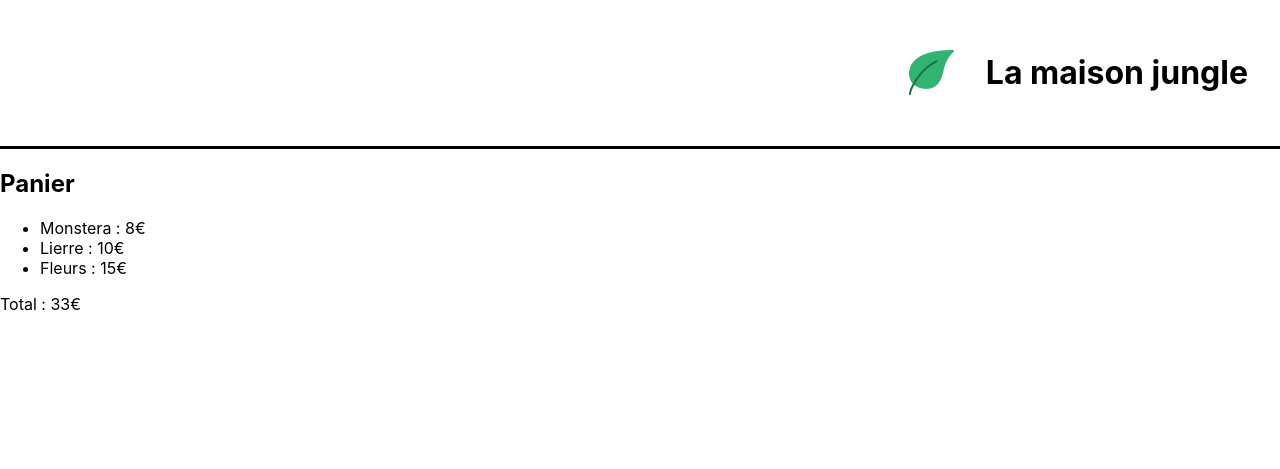
Repository: massndongo/la-maison-junglee
Page: /
The author's editor kept a copy of each file at every save. The page is drawn from the files as they stood at one save, then again after a run of saves.
The browser window is 1280 px wide. The pictures show the whole page.
The project was rebuilt for these pictures with package versions that can differ from the ones it lists, and the page was loaded fresh each time.

Above is the page before, as saved 2023-03-23 16:17:51.

After the next 4 saves:
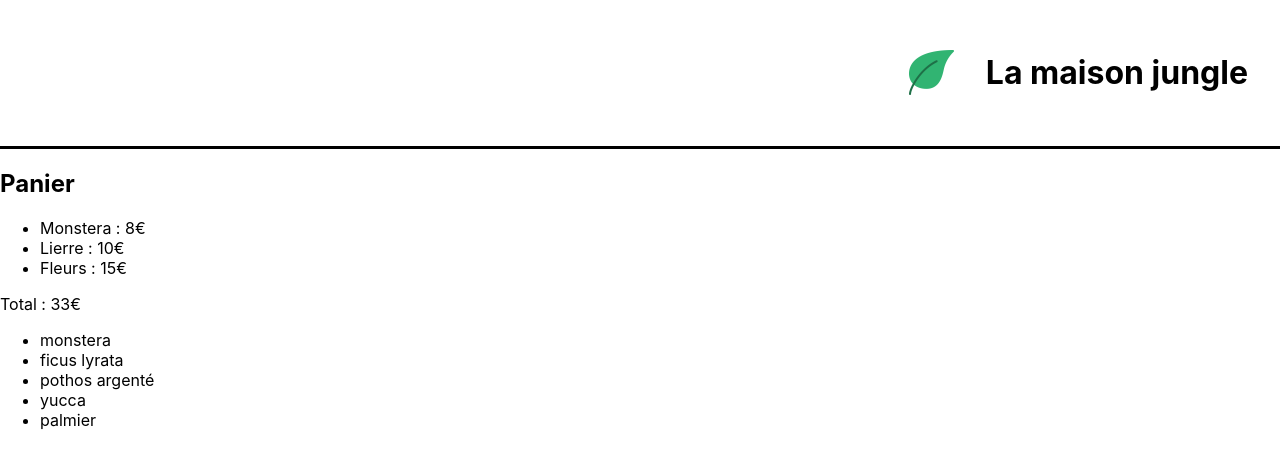
The 4 saves are shown as one change because they came seconds apart.
The last was saved 62 s later.
--- a/src/components/App.js
+++ b/src/components/App.js
@@ -3,7 +3,7 @@ import Cart from './Cart'
 import ShoppingList from './ShoppingList'
 
 function App() {
-    return <div><Banner /><Cart /></div>
+    return <div><Banner /><Cart /><ShoppingList /></div>
 }
 
 export default App
